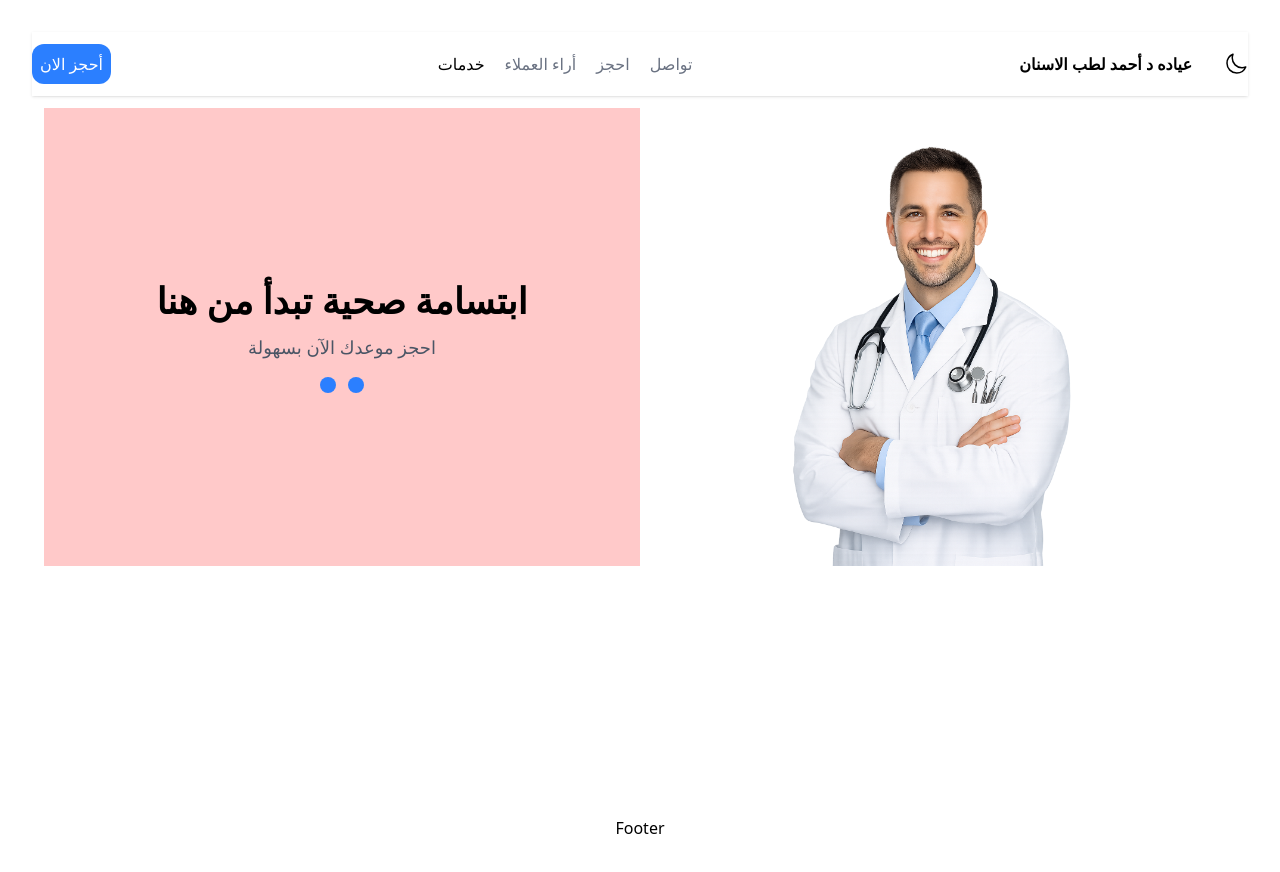
Repository: mohamedehab23-pro/clinic
Page: /
These files come from the project's save history. The page is drawn as it stood at one moment and after the next save; the edit follows.
The browser window is 1280 px wide. The pictures show the whole page.
The project was rebuilt for these pictures with package versions that can differ from the ones it lists, and the page was loaded fresh each time. Also part of the build but not shown: vite.config.js, src/Pages/AboutPage.jsx, src/Pages/ContactPage.jsx, src/Pages/NotFound.jsx, src/Components/Child.jsx, src/Components/Parent.jsx.

Above is the page before, as saved 2026-02-22 14:16:38.

### index.html
<!doctype html>
<html lang="en">
  <head>
    <meta charset="UTF-8" />
    <link rel="icon" type="image/svg+xml" href="/vite.svg" />
    <meta name="viewport" content="width=device-width, initial-scale=1.0" />
    <title>project1</title>
  </head>
  <body>
    <div id="root"></div>
    <script type="module" src="/src/main.jsx"></script>
  </body>
</html>

### src/index.css
@import "tailwindcss";
@custom-variant dark (&:where(.dark, .dark *));


.active{
    @apply text-black dark:text-white
}

### src/App.jsx
import { useState } from 'react'
import HeroPage from '../src/Pages/HeroPage'
import './App.css'
import { createBrowserRouter, RouterProvider } from 'react-router'
import MainLayout from './Layouts/MainLayout'
import AboutPage from './Pages/AboutPage'
import ContactPage from './Pages/ContactPage'
import NotFound from './Pages/NotFound'
import Parent from './Components/Parent'


const x=createBrowserRouter([
  {path:'',element:<MainLayout/>,children:[
    {index:true,element:<HeroPage/>},
    {path:'/about',element:<AboutPage/>},
    {path:'/contact',element:<ContactPage/>},
    {path:'*',element:<NotFound/>}
  ]}
])

function App() {

  return (
    <>
    {/* <Parent/> */}

     <RouterProvider router={x}/>
    </>
  )
}

export default App

### src/Pages/HeroPage.jsx
import React from 'react'
import sora from '../assets/dentist.png'
import Button from '../Components/Button'
export default function HomePage() {
  return (
    <div className='dark:bg-gray-800 min-h-screen p-3'>
      <div className='flex justify-around'>
<div className='bg-red-200 w-full flex flex-col justify-center text-center '>
<h2 className='text-4xl font-bold '>ابتسامة صحية تبدأ من هنا</h2>
<p className='text-gray-600 pt-3 text-lg'>احجز موعدك الآن بسهولة</p>
  <div className='flex gap-3 justify-center mt-4'>
    <Button bg={'bg-blue-500'} hover={'hover:bg-blue-600'}/>
  <Button bg={'bg-blue-500'} hover={'hover:bg-blue-600'}/>
  </div>


</div>
<div className=' w-full flex justify-center items-center'>
 <img src={sora} alt="doctor" className='w-[50%] ' />
</div>
      </div>



    </div>
  )
}

### src/Layouts/MainLayout.jsx
import React, { useState } from 'react'
import Navbar from '../Components/Navbar'
import Footer from '../Components/Footer'
import { Outlet } from 'react-router'

export default function MainLayout() {
  const [darkMode, setDarkMode] = useState(false)
  return (
    <>
    <div className={`${darkMode? 'dark':''}  dark:text-white`}>
      <Navbar darkMode={darkMode} setDarkMode={setDarkMode}/>
    <Outlet />
    <Footer/>
    </div>
    </>
  )
}

### src/Components/Button.jsx
import React from 'react'
import { Link } from 'react-router'

export default function Button({bg,hover,text }) {
  return (
   <>
   <button className={`p-2 rounded-xl ${bg} ${hover} text-white `}><Link to={'/'}>{text}</Link></button>
   </>
  )
}

### src/Components/Navbar.jsx
import React, { useState } from 'react'
import { Link, NavLink } from 'react-router'
import Button from './Button'

export default function Navbar({setDarkMode,darkMode}) {
  const [navToggle, setNavToggle] = useState(false)
  return (
    <div className='py-3 shadow sticky top-0 w-full dark:bg-gray-700 bg-white/50'>
<div className="container px-3 lg:p-0 mx-auto flex items-center justify-between">
<div>
  <Button bg={'bg-blue-500'} hover={'hover:bg-blue-600'} text={'أحجز الان'}/>
</div>
<div>
  <ul className='lg:flex dark:text-white/50 gap-5 hidden'>
    <li className='text-gray-500'><NavLink to={''}>خدمات</NavLink></li>
    <li className='text-gray-500'><NavLink to={'/about'}>أراء العملاء</NavLink></li>
    <li className='text-gray-500'><NavLink to={'/contact'}>احجز</NavLink></li>
    <li className='text-gray-500'><NavLink to={'ertyuj'}>تواصل</NavLink></li>
  </ul>
</div>
<div className='flex gap-8'>
  <Link to={''} className=' font-bold'>عياده د أحمد لطب الاسنان</Link>
  {darkMode?<svg xmlns="http://www.w3.org/2000/svg"
onClick={()=>setDarkMode(!darkMode)}
fill="none" viewBox="0 0 24 24" strokeWidth={1.5} stroke="currentColor" className="cursor-pointer size-6">
  <path strokeLinecap="round" strokeLinejoin="round" d="M12 3v2.25m6.364.386-1.591 1.591M21 12h-2.25m-.386 6.364-1.591-1.591M12 18.75V21m-4.773-4.227-1.591 1.591M5.25 12H3m4.227-4.773L5.636 5.636M15.75 12a3.75 3.75 0 1 1-7.5 0 3.75 3.75 0 0 1 7.5 0Z" />
</svg>:<svg xmlns="http://www.w3.org/2000/svg" fill="none"
onClick={()=>setDarkMode(!darkMode)}
viewBox="0 0 24 24" strokeWidth={1.5} stroke="currentColor" className="cursor-pointer size-6">
  <path strokeLinecap="round" strokeLinejoin="round" d="M21.752 15.002A9.72 9.72 0 0 1 18 15.75c-5.385 0-9.75-4.365-9.75-9.75 0-1.33.266-2.597.748-3.752A9.753 9.753 0 0 0 3 11.25C3 16.635 7.365 21 12.75 21a9.753 9.753 0 0 0 9.002-5.998Z" />
</svg>}
</div>
<div className='lg:hidden'>
  <svg xmlns="http://www.w3.org/2000/svg" onClick={()=>setNavToggle(!navToggle)} fill="none" viewBox="0 0 24 24" strokeWidth={1.5} stroke="currentColor" className="cursor-pointer size-6">
  <path strokeLinecap="round" strokeLinejoin="round" d="M3.75 6.75h16.5M3.75 12h16.5m-16.5 5.25h16.5" />
</svg>


</div>



</div>
{navToggle && <ul className='pt-3 text-end px-3'>
    <li className='text-gray-500'><NavLink to={''}>خدمات</NavLink></li>
    <li className='text-gray-500'><NavLink to={'/about'}>أراء العملاء</NavLink></li>
    <li className='text-gray-500'><NavLink to={'/contact'}>احجز</NavLink></li>
    <li className='text-gray-500'><NavLink to={'ertyuj'}>تواصل</NavLink></li>
  </ul>}


    </div>
  )
}

Loaded but not shown: src/main.jsx (common file); src/App.css (common file); src/Components/Footer.jsx (common file)

After the next save:
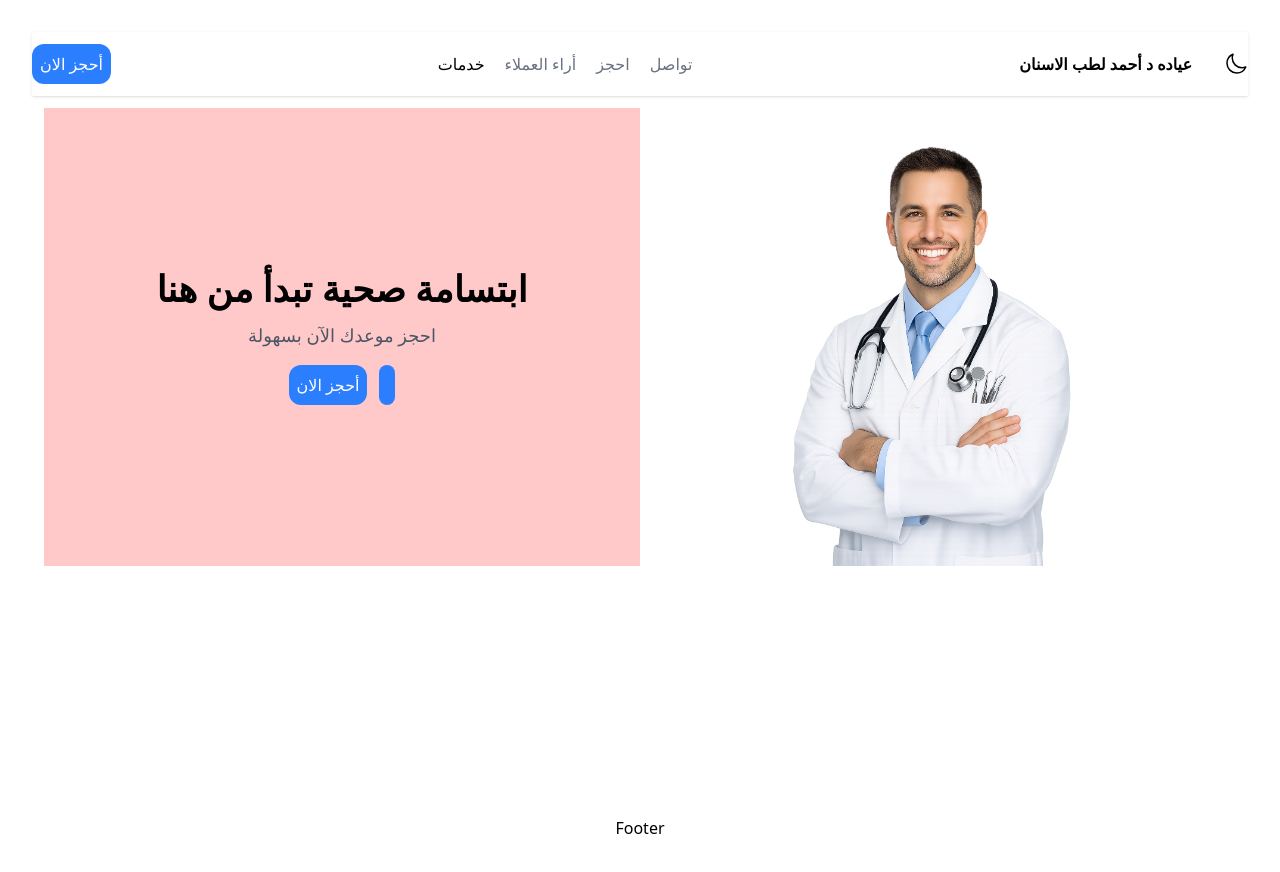
Saved 11 s later.
--- a/src/Pages/HeroPage.jsx
+++ b/src/Pages/HeroPage.jsx
@@ -9,7 +9,7 @@ export default function HomePage() {
 <h2 className='text-4xl font-bold '>ابتسامة صحية تبدأ من هنا</h2>
 <p className='text-gray-600 pt-3 text-lg'>احجز موعدك الآن بسهولة</p>
   <div className='flex gap-3 justify-center mt-4'>
-    <Button bg={'bg-blue-500'} hover={'hover:bg-blue-600'}/>
+  <Button bg={'bg-blue-500'} hover={'hover:bg-blue-600'} text={'أحجز الان'}/>
   <Button bg={'bg-blue-500'} hover={'hover:bg-blue-600'}/>
   </div>
 
